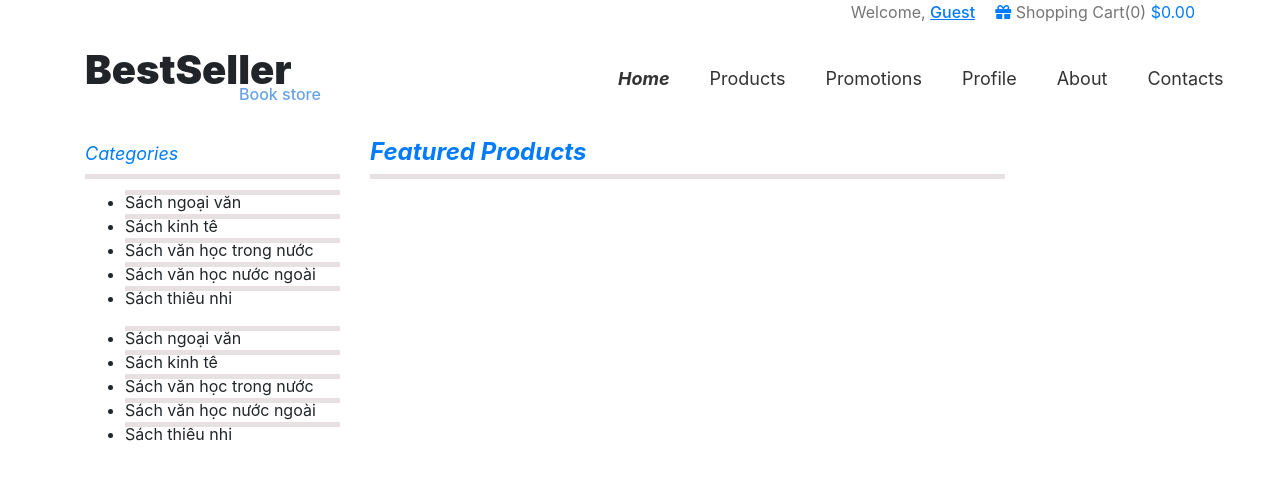
Repository: phunobi1807/BestSeller
Page: index.html
These files come from the project's save history. The page is drawn as it stood at one moment and after the next save; the edit follows.
The browser window is 1280 px wide. The pictures show the whole page.

Above is the page before, as saved 2021-06-28 23:15:20.

### index.html
<!DOCTYPE html>
<html lang="en">
<head>
    <meta charset="UTF-8">
    <meta http-equiv="X-UA-Compatible" content="IE=edge">
    <meta name="viewport" content="width=device-width, initial-scale=1.0">
    <title>BestSeller</title>
    <link rel="stylesheet" href="./css/style.css">
</head>
<body>
    <header id="header">
        <div class="container">
            <div class="top-header">
                <div class="top-nav">
                    <p class="top-nav__text">Welcome, <a href="#" class="top-nav__text-link">Guest</a></p>
                    <div class="top-nav__shopping-cart">
                        <i  class="top-nav__icon fas fa-gift"></i>
                        <span class="top-nav__cart">Shopping Cart(0) <a href="#">$0.00</a></span>
                    </div>
                </div>
                <div class="navigation">
                    <div class="row">
                        <div class="col-lg-4">
                            <div class="navigation-logo">
                                <div class="navigation-logo__text">
                                    <span class="navigation-logo__text-big">BestSeller</span>
                                    <span class="navigation-logo__text-small">Book store</span>
                                </div>
                            </div>
                        </div>
                        <div class="col-lg-6">
                           <ul class="navigation-menu">
                               <li class="navigation-menu__item navigation-menu__item--active" >Home</li>
                               <li class="navigation-menu__item">Products</li>
                               <li class="navigation-menu__item">Promotions</li>
                               <li class="navigation-menu__item">Profile</li>
                               <li class="navigation-menu__item">About</li>
                               <li class="navigation-menu__item">Contacts</li>
                           </ul>
                        </div>
                    </div>
                </div>
            </div>
        </div>
    </header>
    <div id="content">
        <div class="container">
            <div class="row">
                <div class="col-sm-3">
                    <div class="side-bar">
                        <p class="side-bar__title">
                            Categories
                        </p>
                        <ul class="side-bar__list side-bar__list--one">
                            <li class="side-bar__list-item">Sách ngoại văn</li>
                            <li class="side-bar__list-item">Sách kinh tế</li>
                            <li class="side-bar__list-item">Sách văn học trong nước</li>
                            <li class="side-bar__list-item">Sách văn học nước ngoài</li>
                            <li class="side-bar__list-item">Sách thiếu nhi</li>
                        </ul>
                        <ul class="side-bar__list side-bar__list--two">
                            <li class="side-bar__list-item">Sách ngoại văn</li>
                            <li class="side-bar__list-item">Sách kinh tế</li>
                            <li class="side-bar__list-item">Sách văn học trong nước</li>
                            <li class="side-bar__list-item">Sách văn học nước ngoài</li>
                            <li class="side-bar__list-item">Sách thiếu nhi</li>
                        </ul>
                    </div>
                </div>
                <div class="col-sm-7">
                    <div class="products">
                        <p class="product__title">
                            Featured Products
                        </p>
                    </div>
                </div>
            </div>
        </div>
    </div>
<link rel="stylesheet" href="https://use.fontawesome.com/releases/v5.15.3/css/all.css" integrity="sha384-SZXxX4whJ79/gErwcOYf+zWLeJdY/qpuqC4cAa9rOGUstPomtqpuNWT9wdPEn2fk" crossorigin="anonymous">
<link rel="stylesheet" href="https://maxcdn.bootstrapcdn.com/bootstrap/4.5.2/css/bootstrap.min.css">
<script src="https://ajax.googleapis.com/ajax/libs/jquery/3.5.1/jquery.min.js"></script>
<script src="https://cdnjs.cloudflare.com/ajax/libs/popper.js/1.16.0/umd/popper.min.js"></script>
<script src="https://maxcdn.bootstrapcdn.com/bootstrap/4.5.2/js/bootstrap.min.js"></script>
</body>
</html>

### css/style.css
@import url(https://fonts.googleapis.com/css2?family=Roboto:wght@100;200;300;400;500;600;800;900&display=swap);
:root {
    --color-primary: #007bff;
}

* {
    box-sizing: inherit;
}

html {
    box-sizing: border-box;
    margin: 0;
    font-family: 'Roboto', sans-serif;
}

/* top nav  */

.top-nav {
    display: flex;
    justify-content: flex-end;
}

.top-nav__text {
    padding: 0 20px;
}

.top-nav__text-link {
    font-weight: 500;
    text-decoration: underline;
}

.top-nav__text, .top-nav__cart {
    color: #767575;
}

.top-nav__icon {
    color: var(--color-primary);
}

/* logo-menu  */

.navigation-logo {
    position: relative;
}

.navigation-logo__text-big {
    font-size: 40px;
    font-weight: 900;
}

.navigation-logo__text-small {
    position: absolute;
    bottom: 0;
    left: 44%;
    top: 70%;
    color: #68a4e5;
    font-weight: 500;
}

/* Danh sach menu  */

.navigation-menu {
    display: flex;
    line-height: 78px;
    list-style: none;
    padding: 0 133px;
}

.navigation-menu__item--active {
    font-style: italic;
    font-weight: bold;
}

.navigation-menu__item {
    font-size: 18px;
    color: #333;
    margin: 0 20px;
}

/* Content  */

.side-bar__title {
    position: relative;
    color: var(--color-primary);
    line-height: 40px;
    font-size: 18px;
    font-style: italic;
}

.product__title {
    position: relative;
    color: var(--color-primary);
    font-weight: 700;
    font-style: italic;
    font-size: 24px;
}

.side-bar__title::after {
    position: absolute;
    content: "";
    left: 0;
    top: 40px;
    width: 100%;
    height: 5px;
    background-color: #e7e1e1;
}

.product__title::after {
    position: absolute;
    content: "";
    left: 0;
    top: 40px;
    width: 100%;
    height: 5px;
    background-color: #e7e1e1;
}

/* Side bar */

.side-bar__list {}

.side-bar__list-item {
    position: relative;
}

.side-bar__list-item::after {
    position: absolute;
    content: "";
    left: 0;
    top: 0;
    width: 100%;
    height: 5px;
    background-color: #e7e1e1;
}

After the next save:
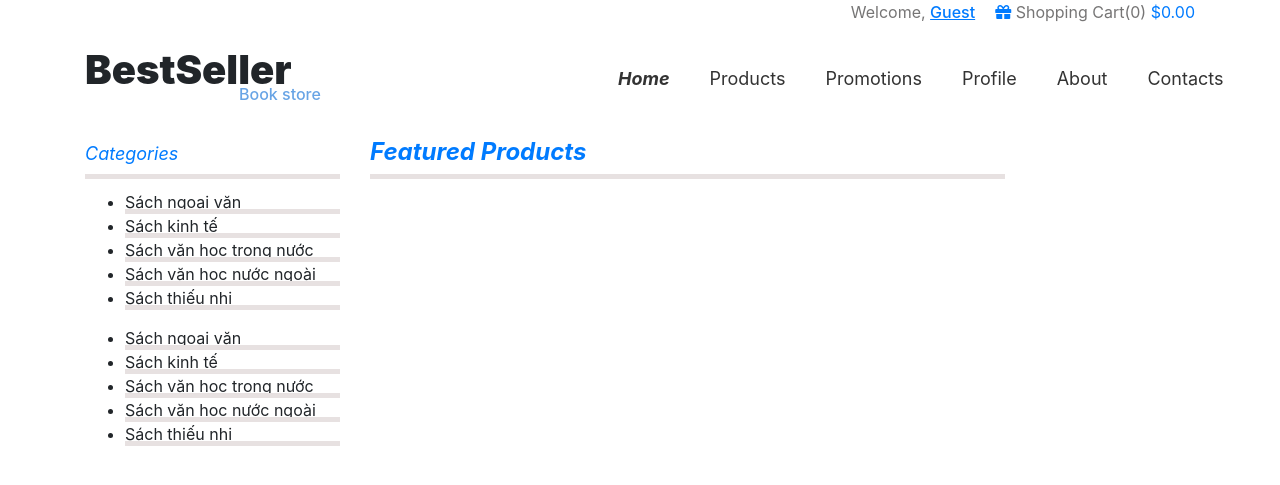
Saved 25 s later.
--- a/css/style.css
+++ b/css/style.css
@@ -127,7 +127,7 @@ html {
     position: absolute;
     content: "";
     left: 0;
-    top: 0;
+    bottom: 0;
     width: 100%;
     height: 5px;
     background-color: #e7e1e1;
